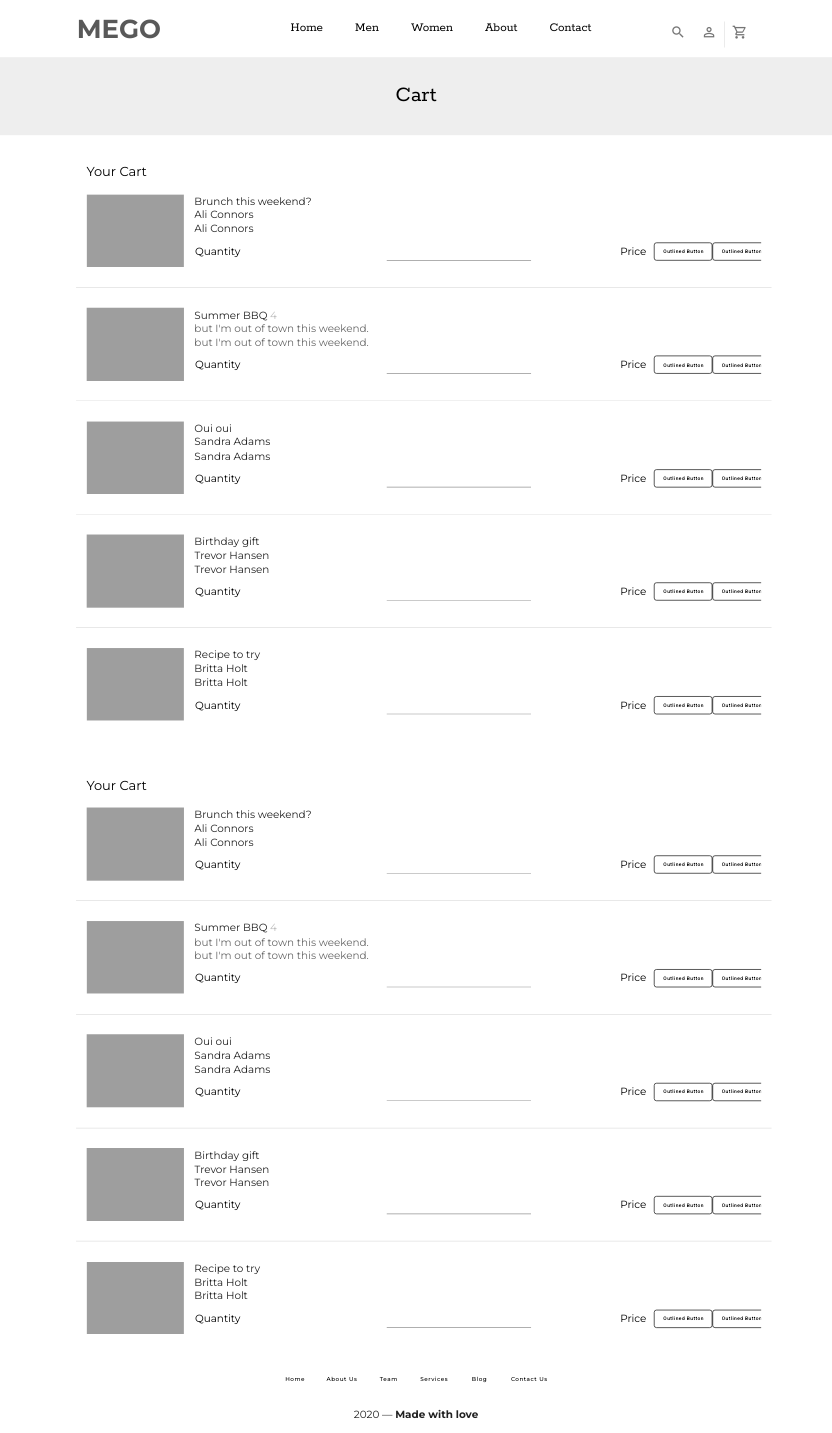
Repository: nguyenphuong152/mego-frontend
Page: /cart (app in frontend/)
The author's editor kept a copy of each file at every save. The page is drawn from the files as they stood at one save, then again after the next save.
The browser window is 1280 px wide. The pictures show the whole page, at 65% of full size.
Pictures or frames that could not be fetched are drawn as grey boxes. The project was rebuilt for these pictures with package versions that can differ from the ones it lists, and the page was loaded fresh each time. Also part of the build but not shown: frontend/vue.config.js, frontend/src/components/Customer/Collection.vue, frontend/src/components/Customer/Banner.vue, frontend/src/components/Customer/BestSeller.vue, frontend/src/components/Customer/Partner.vue, frontend/src/views/Customer/Home.vue, frontend/src/components/Customer/ProductCategory.vue, frontend/src/components/Customer/ProductView.vue and 10 more. Imported but missing from the stored project, and not drawn on this page: frontend/src/views/Admin/Category.vue, frontend/src/views/Admin/ManageProduct.vue, frontend/src/views/Admin/ManageUser.vue, frontend/src/views/Admin/OrderList.vue.

Above is the page before, as saved 2020-11-26 16:56:48.

After the next save:
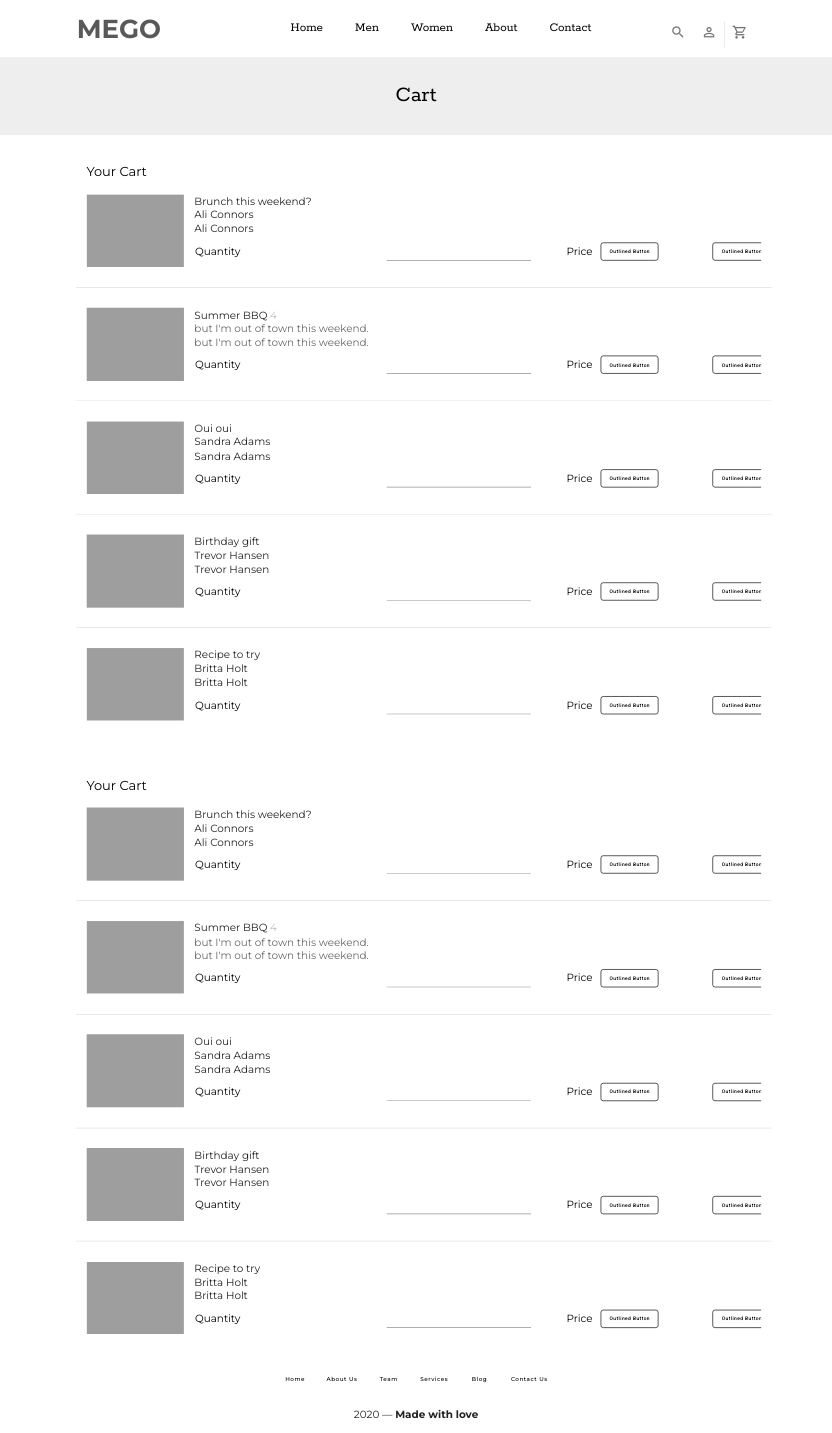
Saved 8 s later.
--- a/frontend/src/components/Customer/TotalProducts.vue
+++ b/frontend/src/components/Customer/TotalProducts.vue
@@ -39,6 +39,7 @@
                <v-btn  small  outlined color="black">
               Outlined Button
             </v-btn>
+            <v-spacer></v-spacer>
             <v-btn small  outlined color="black">
               Outlined Button
             </v-btn>
